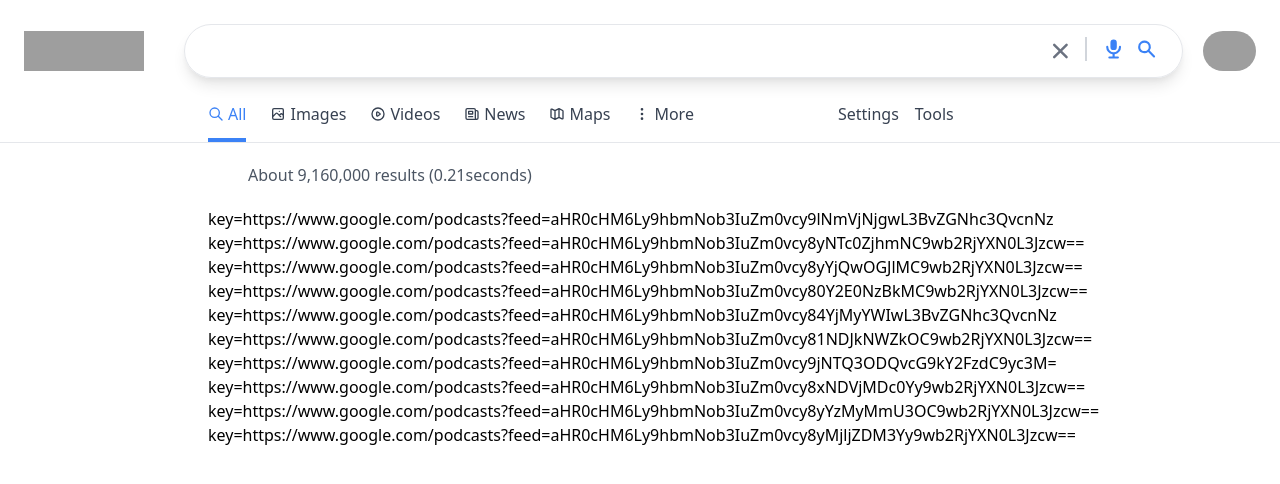
Repository: DecentraMindsCoin/google-search-clone
Page: /search
These files come from the project's save history. The page is drawn as it stood at one moment and after a run of saves; the edit follows.
The browser window is 1280 px wide. The pictures show the whole page.
Pictures or frames that could not be fetched are drawn as grey boxes. The project was rebuilt for these pictures with package versions that can differ from the ones it lists, and the page was loaded fresh each time. The framework's server and built-in components were replaced by stand-ins that run in the browser. Also part of the build but not shown: next.config.js, Response.js.

Above is the page before, as saved 2021-05-17 17:41:03.

After the next 2 saves:
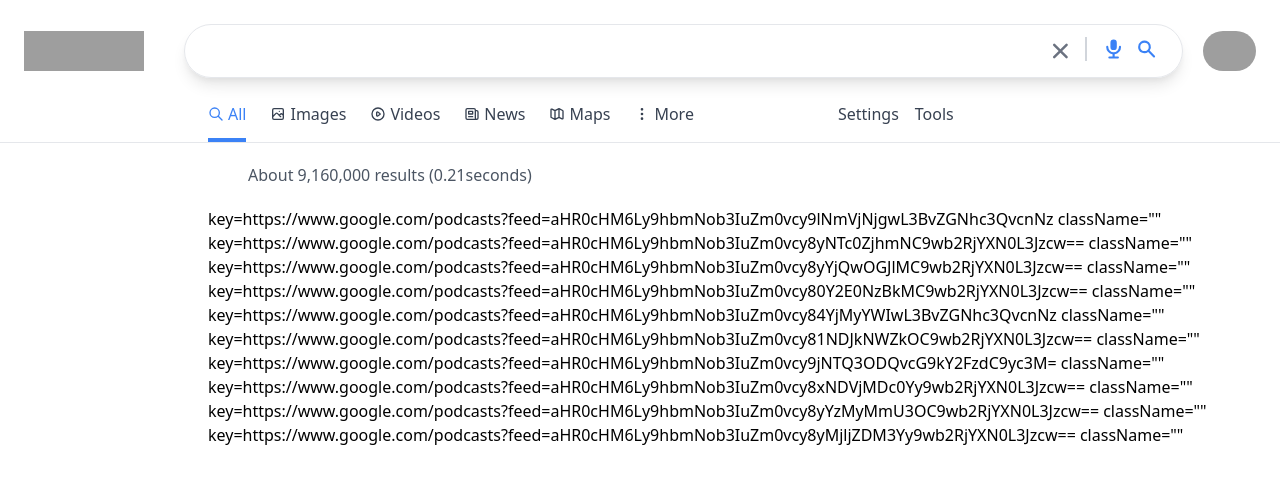
The 2 saves are shown as one change because they came seconds apart.
The last was saved 7 s later.
--- a/components/SearchResults.js
+++ b/components/SearchResults.js
@@ -3,7 +3,7 @@
         <div className="mx-auto w-full px-3 sm:pl-[5%] md:pl[%14] lg:pl-52">
             <p className="text-gray-600 text-md ml-10 mb-5 mt-5">About {results.searchInformation?.formattedTotalResults} results ({results.searchInformation?.formattedSearchTime}seconds) </p>
        {results.items?.map((result) => (
-           <div> key={result.link}</div>
+           <div> key={result.link} className=""</div>
        ))}
         </div>
     )
